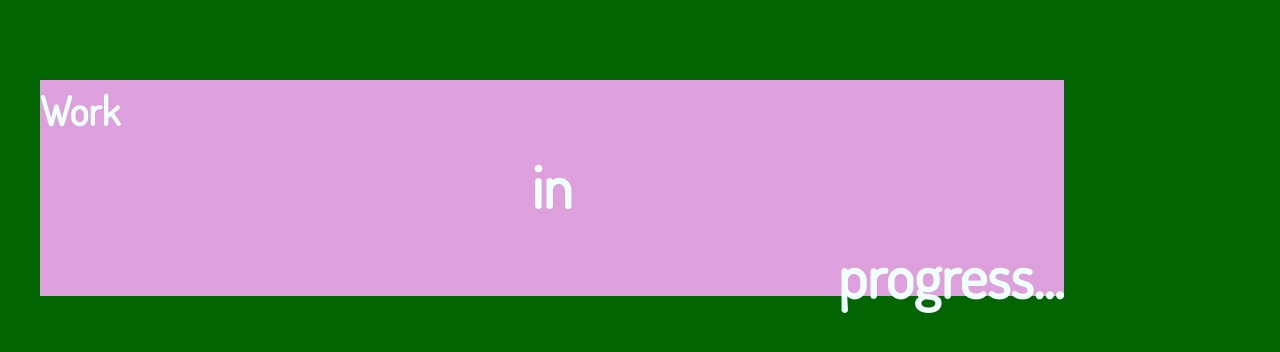
Repository: NollieChtn6/NollieChtn6.github.io
Page: index.html
An editor plug-in stored every save of this project. The page is shown before and after the next save, followed by the edit.
The browser window is 1280 px wide. The pictures show the whole page.

Above is the page before, as saved 2023-11-10 18:13:41.

### index.html

<!DOCTYPE html>

<html lang="fr">

<head>
  <meta charset="utf-8">
  <meta name="viewport" content="width=device-width">
  <link href="css/reset.css" rel="stylesheet">
  <link href="css/style.css" rel="stylesheet">
  <link
    href="https://fonts.googleapis.com/css2?family=Dosis&display=swap"
    rel="stylesheet">
  <title>Portfolio</title>
</head>

<body>

  <main class="main__container">

    <div class="main__content">

      <h1 class="main__title">
        <span class="main__title main__title--level-1">
          Work
        </span>
        <span class="main__title main__title--level-2">
          in
        </span>
        <span class="main__title main__title--level-3">
          progress...
        </span>
      </h1>

    </div>

  </main>

</body>

</html>

### css/style.css
/* VARIABLES */

/* :root {

} */


/* GÉNÉRAL */

* {
  box-sizing: border-box;
}

html {
  font-size: 62.5%;
}

body {
  display: flex;
  flex-direction: column;
  height: 100vh;
  min-height: 100vh;
}

h1 {
  font-family: 'Dosis', sans-serif;
}


/* MAIN  */

.main__container {
  display: flex;
  flex-direction: column;
  background-color: antiquewhite;
  height: 100vh;
  width: 100vw;
}

.main__content {
  display: flex;
  flex-direction: column;
  background-color:darkgreen;
  height: 100vh;
  width: 100vw;
  /* padding: 5rem 0rem 0rem 8rem; */
  /* justify-content: center; */
  /* align-items: center; */
  padding-top: 8rem;
  padding-left: 4rem;;

}

h1 {
  display: flex;
  flex-direction: column;
  width: 80vw;
  height: 30vh;
  font-size: 4rem;
  background-color: plum;
  color: azure;
  justify-content: space-between;
}

.main__title--level-1 {
  align-self: start;

}

.main__title--level-2 {
  align-self: center;
  font-size: 1.5em;
}

.main__title--level-3 {
  align-self: end;
  font-size: 1.5em;
}

Loaded but not shown: css/reset.css (common file)

After the next save:
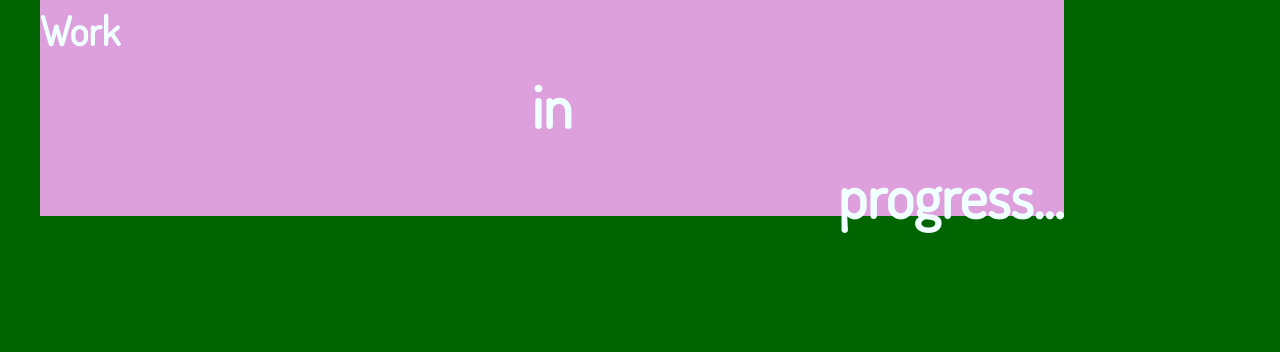
Saved 12 s later.
--- a/css/style.css
+++ b/css/style.css
@@ -43,6 +43,7 @@
   background-color:darkgreen;
   height: 100vh;
   width: 100vw;
+  margin: auto
   /* padding: 5rem 0rem 0rem 8rem; */
   /* justify-content: center; */
   /* align-items: center; */

After the 2 saves that followed:
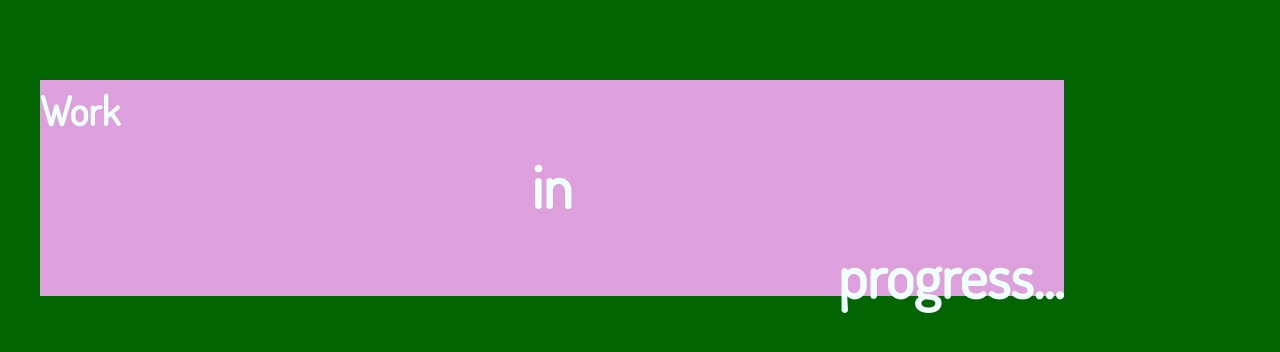
The 2 saves are shown as one change because they came seconds apart.
The last was saved 9 s later.
--- a/css/style.css
+++ b/css/style.css
@@ -43,7 +43,7 @@
   background-color:darkgreen;
   height: 100vh;
   width: 100vw;
-  margin: auto
+  margin-top: auto;
   /* padding: 5rem 0rem 0rem 8rem; */
   /* justify-content: center; */
   /* align-items: center; */
